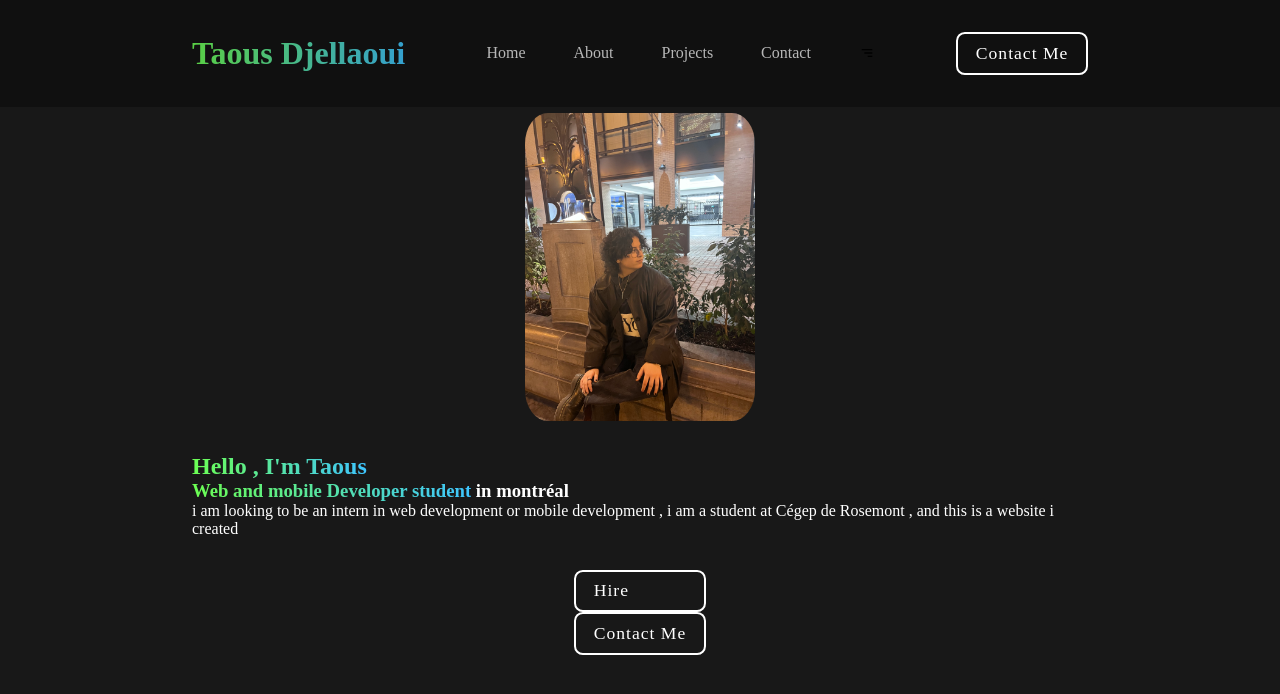
Repository: taousdjellaoui/portfolio-
Page: portfolio/index.html
These files come from the project's save history. The page is drawn as it stood at one moment and after the next save; the edit follows.
The browser window is 1280 px wide. The pictures show the whole page.

Above is the page before, as saved 2024-09-23 21:02:53.

After the next save:
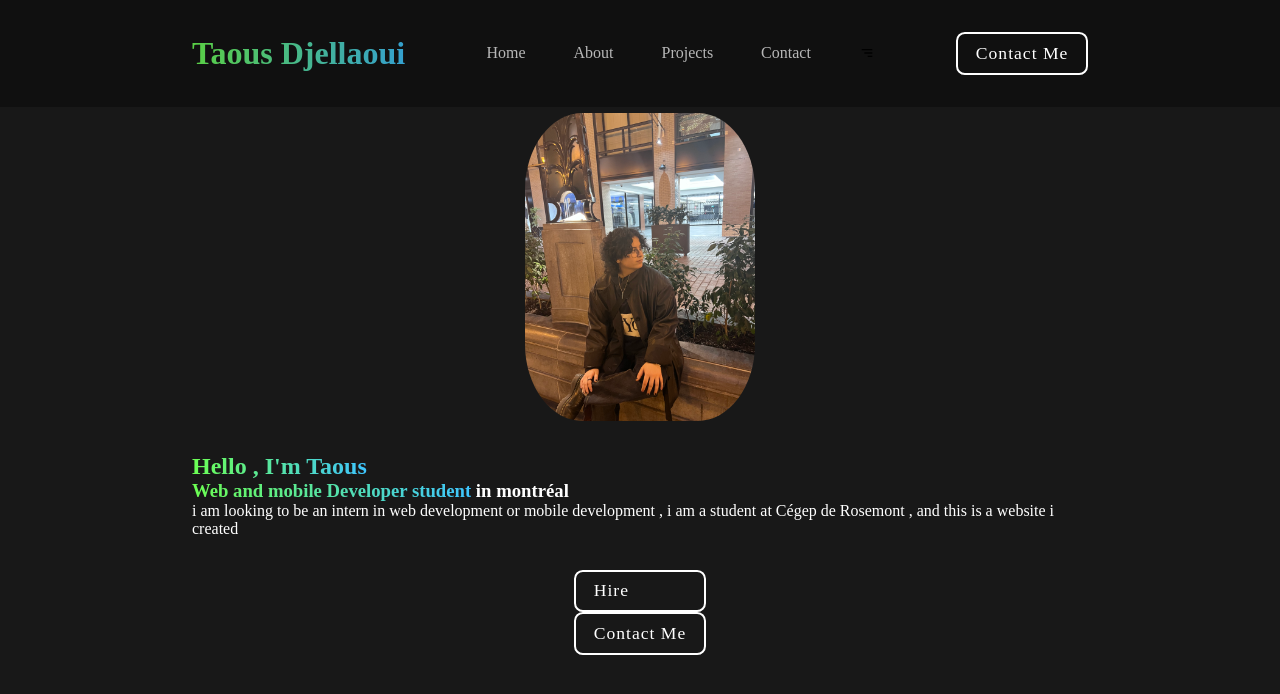
Saved 15 s later.
--- a/portfolio/style.css
+++ b/portfolio/style.css
@@ -95,7 +95,7 @@ color:white;
 }
 #home img{
 width:18vw;
-border-radius: 10%;
+border-radius: 25%;
 margin-top: 3em;
 
 }
